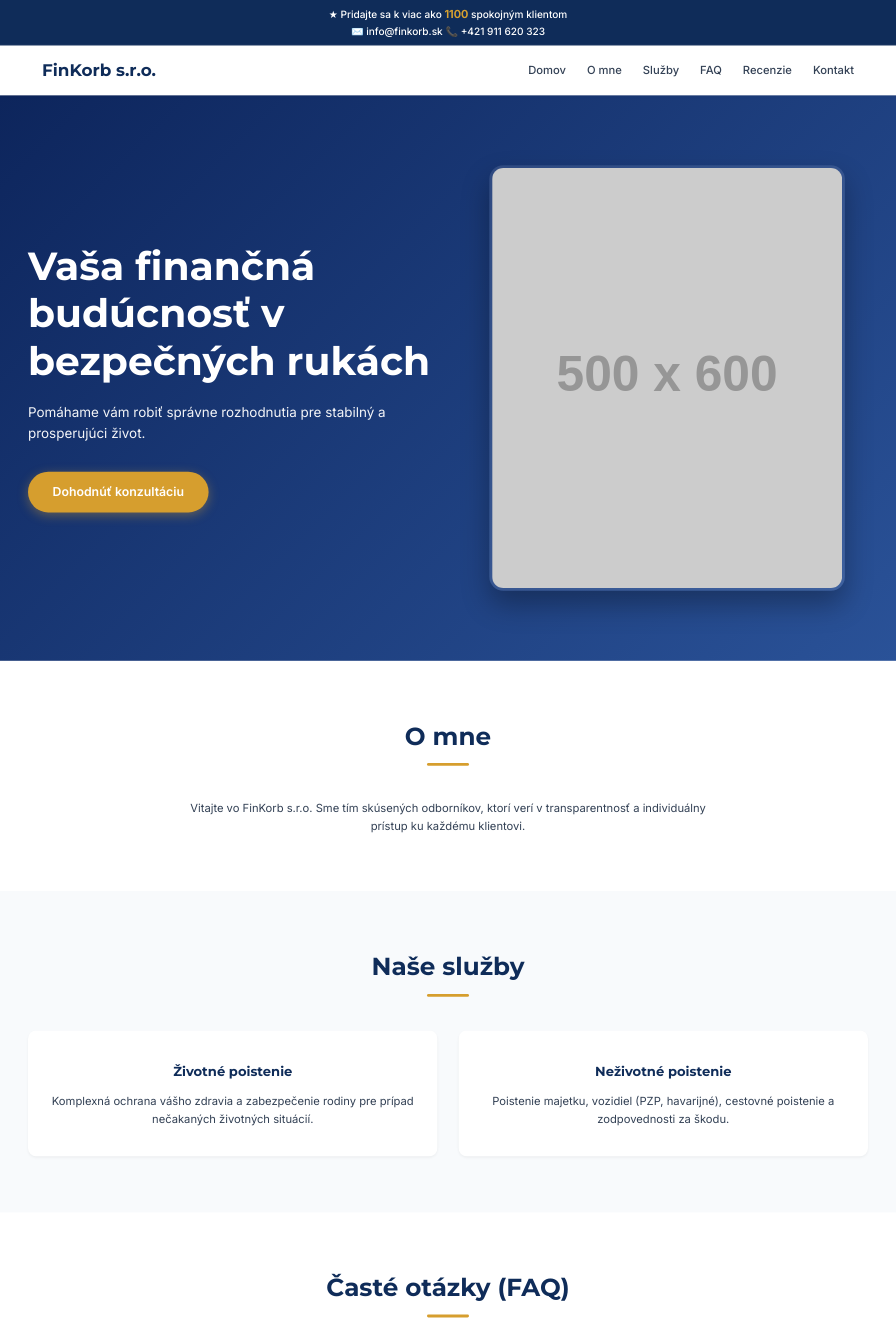
Repository: IvanK03/personal_web
Page: web/index.html
An editor plug-in stored every save of this project. The page is shown before and after the next save, followed by the edit.
The browser window is 1280 px wide. The pictures show the part of the page from y = 0 to 1920 px (the page is 2905 px tall before and 2885 px after), at 70% of full size.

Above is the page before, as saved 2026-02-22 12:19:48.

### web/index.html
<!DOCTYPE html>
<html lang="sk">
<head>
    <meta charset="UTF-8">
    <meta name="viewport" content="width=device-width, initial-scale=1.0">
    <meta name="description" content="FinKorb s.r.o. - Komplexné finančné poradenstvo, poistenie, hypotéky a investovanie.">
    <title>FinKorb s.r.o. - Finančný poradca</title>
    <link rel="stylesheet" href="style.css">
</head>
<body>

    <!-- Hlavička s navigáciou -->
    <header>
        <div class="top-bar">
            <div class="top-bar-left">
                ★ Pridajte sa k viac ako <strong class="pulse-number">1100</strong> spokojným klientom
            </div>
            <div class="top-bar-right">
                <a href="mailto:info@finkorb.sk">✉️ info@finkorb.sk</a>
                <a href="tel:+421911620323" class="phone-btn">📞 +421 911 620 323</a>
            </div>
        </div>
        <div class="container">
            <a href="#" class="logo">FinKorb s.r.o.</a>
            <nav>
                <ul>
                    <li><a href="#hero">Domov</a></li>
                    <li><a href="#o-mne">O mne</a></li>
                    <li><a href="#sluzby">Služby</a></li>
                    <li><a href="#faq">FAQ</a></li>
                    <li><a href="#recenzie">Recenzie</a></li>
                    <li><a href="#kontakt">Kontakt</a></li>
                </ul>
            </nav>
        </div>
    </header>

    <main>
        <!-- Hero sekcia -->
        <section id="hero">
            <div class="hero-content">
                <div class="hero-text">
                    <h1>Vaša finančná budúcnosť v bezpečných rukách</h1>
                    <p>Pomáhame vám robiť správne rozhodnutia pre stabilný a prosperujúci život.</p>
                    <a href="#kontakt" class="btn-primary">Dohodnúť konzultáciu</a>
                </div>
                <div class="hero-image">
                    <!-- Dočasný placeholder obrázok. Neskôr zmeňte src na "images/moja-fotka.png" -->
                    <img src="https://placehold.co/500x600/png?text=Moja+Fotka" alt="Finančný poradca - Ivan Korbini">
                </div>
            </div>
        </section>

        <!-- Sekcia O mne -->
        <section id="o-mne">
            <h2>O mne</h2>
            <p>Vitajte vo FinKorb s.r.o. Sme tím skúsených odborníkov, ktorí verí v transparentnosť a individuálny prístup ku každému klientovi.</p>
        </section>

        <!-- Sekcia Služby -->
        <section id="sluzby">
            <h2>Naše služby</h2>
            <div class="services-grid">
                <article class="service-item">
                    <h3>Životné poistenie</h3>
                    <p>Komplexná ochrana vášho zdravia a zabezpečenie rodiny pre prípad nečakaných životných situácií.</p>
                </article>
                <article class="service-item">
                    <h3>Neživotné poistenie</h3>
                    <p>Poistenie majetku, vozidiel (PZP, havarijné), cestovné poistenie a zodpovednosti za škodu.</p>
                </article>
            </div>
        </section>

        <!-- Sekcia Časté otázky (FAQ) -->
        <section id="faq">
            <h2>Časté otázky (FAQ)</h2>
            <details>
                <summary>Čo robiť v prípade dopravnej nehody?</summary>
                <p>Zachovajte pokoj, zabezpečte miesto nehody a skontrolujte zranenia. Ak je to nutné, volajte záchranné zložky (112). Pri väčšej škode alebo zranení je potrebné privolať políciu. Následne vyplňte správu, v prípade nejasností nás kontaktujte na čísle +421 911 620 323 alebo +421 911 032 103 – pomôžeme vám s nahlásením poistnej udalosti.</p>
            </details>
        </section>

        <!-- Sekcia Recenzie -->
        <section id="recenzie">
            <h2>Čo hovoria naši klienti</h2>
            <div class="reviews-grid">
                <article class="review-item">
                    <div class="stars">★★★★★</div>
                    <p>"Pán Korbini mi veľmi pomohol s nastavením životného poistenia. Profesionálny prístup a všetko mi jasne vysvetlil. Odporúčam!"</p>
                    <h4>– Peter N.</h4>
                </article>
                <article class="review-item">
                    <div class="stars">★★★★★</div>
                    <p>"Rýchle vybavenie poistnej udalosti a skvelá komunikácia. Konečne mám pocit, že sú moje financie v dobrých rukách."</p>
                    <h4>– Jana M.</h4>
                </article>
            </div>
        </section>
    </main>

    <!-- Päta s kontaktom -->
    <footer id="kontakt">
        <div class="footer-content">
            <h3>Kontaktujte nás</h3>
            <p>Email: ivan.korbini@gmail.com</p>
            <p>Telefón: +421 911 620 323 | +421 911 032 103</p>
            <p>Adresa: Sološnícka 566/13, Bratislava</p>
        </div>
        <p class="copyright">&copy; 2026 FinKorb s.r.o. Všetky práva vyhradené.</p>
    </footer>

    <script src="script.js"></script>
</body>
</html>

### web/style.css
/* Import Google Fonts */
@import url('https://fonts.googleapis.com/css2?family=Inter:wght@400;500;600&family=Montserrat:wght@600;700&display=swap');

/* Základné premenné pre konzistentný dizajn */
:root {
    --primary-color: #0f2c59; /* Tmavomodrá - Dôvera */
    --secondary-color: #1a3c70; /* Svetlejšia modrá pre gradienty */
    --accent-color: #d69e2e; /* Zlatá/Oranžová - Call to Action */
    --accent-hover: #b7791f;
    --text-dark: #334155;
    --text-light: #64748b;
    --bg-light: #f8fafc;
    --white: #ffffff;
    --shadow-sm: 0 2px 4px rgba(0, 0, 0, 0.05);
    --shadow-md: 0 4px 6px rgba(0, 0, 0, 0.1);
    --shadow-lg: 0 10px 15px rgba(0, 0, 0, 0.1);
    --transition: all 0.3s ease;
}

/* Reset a základné nastavenia */
* {
    margin: 0;
    padding: 0;
    box-sizing: border-box;
}

html {
    scroll-behavior: smooth;
}

body {
    font-family: 'Inter', sans-serif;
    line-height: 1.6;
    color: var(--text-dark);
    background-color: var(--white);
}

h1, h2, h3 {
    font-family: 'Montserrat', sans-serif;
    color: var(--primary-color);
    margin-bottom: 1rem;
}

h2 {
    font-size: 2.2rem;
    text-align: center;
    margin-bottom: 3rem;
    position: relative;
}

/* Dekoratívna čiara pod nadpismi sekcií */
h2::after {
    content: '';
    display: block;
    width: 60px;
    height: 4px;
    background-color: var(--accent-color);
    margin: 10px auto 0;
    border-radius: 2px;
}

a {
    text-decoration: none;
    color: inherit;
}

ul {
    list-style: none;
}

/* Layout utility */
.container {
    max-width: 1200px;
    margin: 0 auto;
    padding: 0 20px;
}

section {
    padding: 80px 20px;
    max-width: 1200px;
    margin: 0 auto;
}

/* Hlavička a Navigácia */
header {
    background-color: var(--white);
    box-shadow: var(--shadow-sm);
    position: sticky;
    top: 0;
    z-index: 1000;
    padding: 0; /* Padding presunieme na container kvôli top-bar */
}

/* Horná lišta s počtom klientov */
.top-bar {
    background-color: var(--primary-color);
    color: var(--white);
    text-align: center;
    padding: 8px 0;
    font-size: 0.9rem;
    font-weight: 500;
    border-bottom: 1px solid rgba(255, 255, 255, 0.1);
}

.pulse-number {
    color: var(--accent-color);
    font-weight: 800;
    font-size: 1.1em;
    animation: pulse-gold 2s infinite;
}

@keyframes pulse-gold {
    0% { text-shadow: 0 0 0 rgba(214, 158, 46, 0.4); }
    50% { text-shadow: 0 0 10px rgba(214, 158, 46, 0.8); color: #ecc94b; }
    100% { text-shadow: 0 0 0 rgba(214, 158, 46, 0.4); }
}

/* Štýl pre prilepenú hlavičku pri scrollovaní */
header.scrolled {
    background-color: rgba(255, 255, 255, 0.95); /* Jemne priehľadná biela */
    backdrop-filter: blur(5px); /* Rozostrenie pozadia */
    box-shadow: var(--shadow-md);
    transition: all 0.3s ease;
}

header .container {
    display: flex;
    justify-content: space-between;
    align-items: center;
    padding-top: 1rem;
    padding-bottom: 1rem;
    transition: var(--transition);
}

header.scrolled .container {
    padding-top: 0.5rem;
    padding-bottom: 0.5rem;
}

.logo {
    font-family: 'Montserrat', sans-serif;
    font-size: 1.5rem;
    font-weight: 700;
    color: var(--primary-color);
}

nav ul {
    display: flex;
    gap: 30px;
}

nav a {
    font-weight: 500;
    color: var(--text-dark);
    transition: var(--transition);
}

nav a:hover {
    color: var(--accent-color);
}

/* Hero Sekcia */
#hero {
    background: linear-gradient(135deg, #0d255c, #2a5298); /* Nový hlbší gradient */
    color: var(--white);
    padding: 100px 20px;
    max-width: 100%; /* Hero roztiahneme na celú šírku */
    overflow: hidden;
}

.hero-content {
    max-width: 1200px;
    margin: 0 auto;
    display: flex;
    align-items: center;
    justify-content: space-between;
    gap: 50px;
    text-align: left;
}

.hero-text {
    flex: 1;
}

.hero-image {
    flex: 1;
    display: flex;
    justify-content: center;
}

.hero-image img {
    max-width: 100%;
    height: auto;
    border-radius: 20px;
    box-shadow: 0 20px 40px rgba(0, 0, 0, 0.3);
    border: 4px solid rgba(255, 255, 255, 0.1);
    object-fit: cover;
}

#hero h1 {
    color: var(--white);
    font-size: 3.5rem;
    margin-bottom: 1.5rem;
    line-height: 1.2;
}

#hero p {
    font-size: 1.2rem;
    margin-bottom: 2.5rem;
    opacity: 0.95;
    max-width: 600px;
}

/* Tlačidlá */
.btn-primary {
    display: inline-block;
    background-color: var(--accent-color);
    color: var(--white);
    padding: 15px 35px;
    border-radius: 50px;
    font-weight: 600;
    font-size: 1.1rem;
    transition: var(--transition);
    box-shadow: 0 4px 15px rgba(214, 158, 46, 0.4);
}

.btn-primary:hover {
    background-color: var(--accent-hover);
    transform: translateY(-3px);
    box-shadow: 0 6px 20px rgba(214, 158, 46, 0.6);
}

/* Sekcia O mne */
#o-mne {
    text-align: center;
    max-width: 800px;
}

/* Sekcia Služby - Grid */
#sluzby {
    background-color: var(--bg-light);
    max-width: 100%; /* Pozadie na celú šírku */
}

.services-grid {
    display: grid;
    grid-template-columns: repeat(auto-fit, minmax(300px, 1fr));
    gap: 30px;
    max-width: 1200px;
    margin: 0 auto;
}

.service-item {
    background: var(--white);
    padding: 40px 30px;
    border-radius: 12px;
    box-shadow: var(--shadow-sm);
    transition: var(--transition);
    text-align: center;
    border-top: 4px solid transparent;
}

.service-item:hover {
    transform: translateY(-10px);
    box-shadow: var(--shadow-lg);
    border-top: 4px solid var(--accent-color);
}

.service-item h3 {
    margin-bottom: 15px;
}

/* FAQ Sekcia */
details {
    background-color: var(--white);
    margin-bottom: 15px;
    border-radius: 8px;
    box-shadow: var(--shadow-sm);
    overflow: hidden;
    border: 1px solid #e2e8f0;
}

summary {
    padding: 20px;
    cursor: pointer;
    font-weight: 600;
    color: var(--primary-color);
    list-style: none; /* Skryje defaultnú šípku */
    position: relative;
    display: flex;
    justify-content: space-between;
    align-items: center;
}

summary::-webkit-details-marker {
    display: none;
}

summary::after {
    content: '+';
    font-size: 1.5rem;
    color: var(--accent-color);
    font-weight: bold;
}

details[open] summary::after {
    content: '-';
}

details p {
    padding: 0 20px 20px 20px;
    color: var(--text-light);
    border-top: 1px solid #f1f5f9;
    margin-top: 0;
    padding-top: 15px;
    /* Animácia pre plynulé zobrazenie textu */
    animation: fadeIn 0.4s ease-out;
}

@keyframes fadeIn {
    from {
        opacity: 0;
        transform: translateY(-10px);
    }
    to {
        opacity: 1;
        transform: translateY(0);
    }
}

/* Recenzie Sekcia */
#recenzie {
    background-color: var(--bg-light);
    max-width: 100%;
}

.reviews-grid {
    display: grid;
    grid-template-columns: repeat(auto-fit, minmax(300px, 1fr));
    gap: 30px;
    max-width: 1200px;
    margin: 0 auto;
}

.review-item {
    background: var(--white);
    padding: 30px;
    border-radius: 12px;
    box-shadow: var(--shadow-sm);
    text-align: center;
}

.stars {
    color: var(--accent-color);
    font-size: 1.5rem;
    margin-bottom: 15px;
}

.review-item h4 {
    margin-top: 20px;
    color: var(--primary-color);
}

/* Päta */
footer {
    background-color: var(--primary-color);
    color: var(--white);
    text-align: center;
    padding: 60px 20px 20px;
}

.footer-content h3 {
    color: var(--accent-color);
    margin-bottom: 20px;
}

.footer-content p {
    margin-bottom: 10px;
    opacity: 0.8;
}

.copyright {
    margin-top: 40px;
    padding-top: 20px;
    border-top: 1px solid rgba(255, 255, 255, 0.1);
    font-size: 0.9rem;
    opacity: 0.6;
}

/* Responzivita pre mobily */
@media (max-width: 768px) {
    header .container {
        flex-direction: column;
        gap: 15px;
    }

    nav ul {
        flex-wrap: wrap;
        justify-content: center;
        gap: 15px;
    }

    #hero h1 {
        font-size: 2.2rem;
    }

    .hero-content {
        flex-direction: column;
        text-align: center;
        gap: 40px;
    }

    #hero p {
        margin-left: auto;
        margin-right: auto;
    }

    section {
        padding: 60px 20px;
    }
}

### web/script.js
document.addEventListener('DOMContentLoaded', () => {

    // --- 1. Sticky Header (Prilepenie hlavičky) ---
    const header = document.querySelector('header');

    window.addEventListener('scroll', () => {
        // Ak sme odscrollovali viac ako 50px, pridáme triedu 'scrolled'
        if (window.scrollY > 50) {
            header.classList.add('scrolled');
        } else {
            header.classList.remove('scrolled');
        }
    });

    // --- 2. Interaktívne FAQ (Akordeón) ---
    const detailsElements = document.querySelectorAll('details');

    detailsElements.forEach(detail => {
        detail.addEventListener('click', (e) => {
            // Zistíme, či sa kliklo na <summary> (hlavičku otázky)
            if (e.target.tagName.toLowerCase() === 'summary') {
                // Ak sa práve otvára (ešte nie je 'open'), zatvoríme ostatné
                if (!detail.hasAttribute('open')) {
                    detailsElements.forEach(otherDetail => {
                        if (otherDetail !== detail) {
                            otherDetail.removeAttribute('open');
                        }
                    });
                }
            }
        });
    });
});

After the next save:
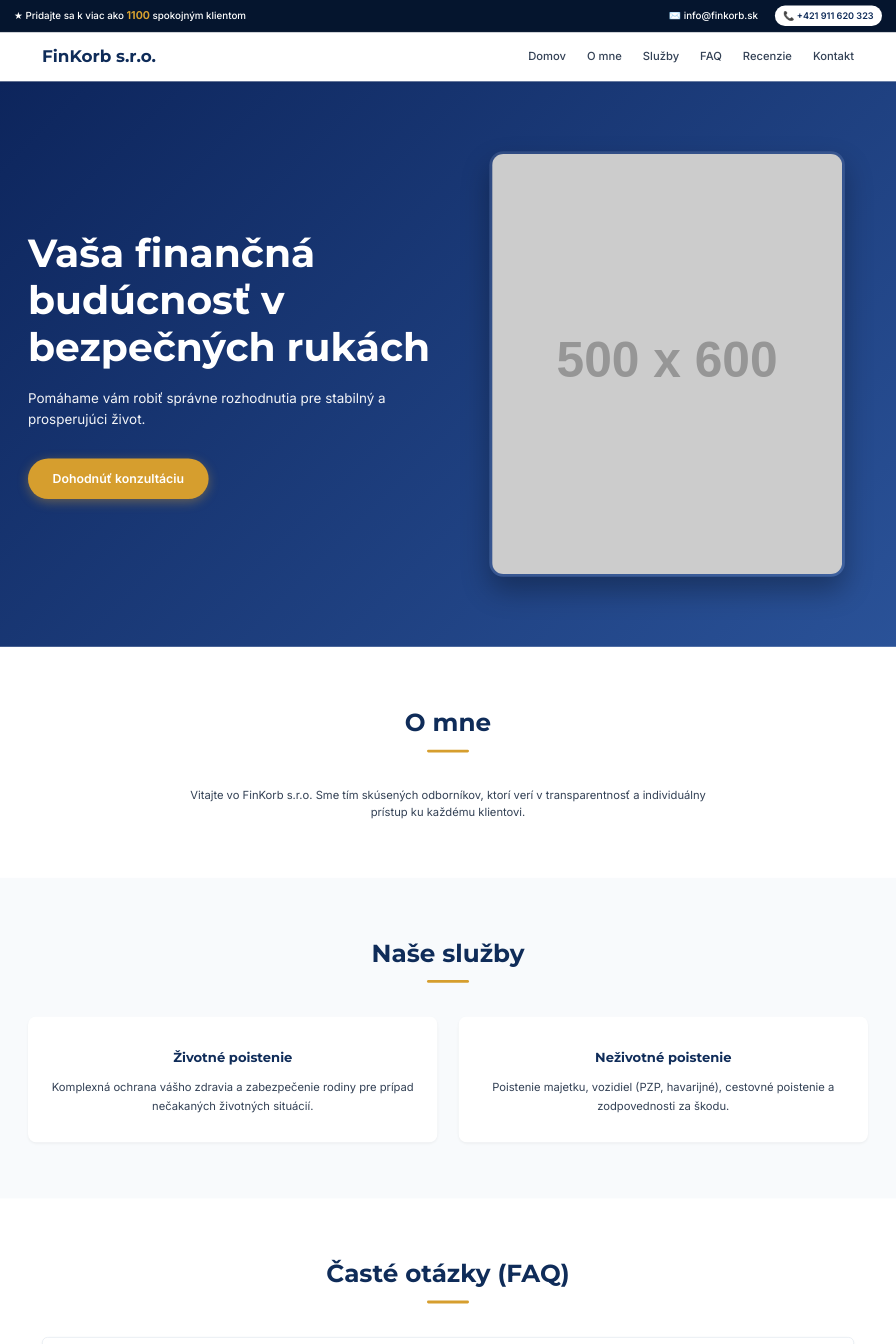
Saved 1 s later.
--- a/web/style.css
+++ b/web/style.css
@@ -93,13 +93,37 @@
 
 /* Horná lišta s počtom klientov */
 .top-bar {
-    background-color: var(--primary-color);
-    color: var(--white);
-    text-align: center;
-    padding: 8px 0;
-    font-size: 0.9rem;
+    background-color: #05152e; /* Veľmi tmavá modrá, takmer čierna */
+    color: var(--white);
+    padding: 8px 20px;
+    font-size: 14px;
     font-weight: 500;
-    border-bottom: 1px solid rgba(255, 255, 255, 0.1);
+    display: flex;
+    justify-content: space-between;
+    align-items: center;
+    border-bottom: 1px solid rgba(255, 255, 255, 0.05);
+}
+
+.top-bar-right a {
+    color: var(--white);
+    text-decoration: none;
+    margin-left: 20px;
+    transition: var(--transition);
+}
+
+.top-bar-right a:hover {
+    color: var(--accent-color);
+}
+
+/* Štýl pre telefónne tlačidlo v hornej lište */
+.phone-btn {
+    background-color: var(--white);
+    color: var(--primary-color) !important; /* Prepíšeme farbu odkazu */
+    padding: 4px 12px;
+    border-radius: 15px;
+    font-weight: 600;
+    font-size: 13px;
+    display: inline-block;
 }
 
 .pulse-number {
@@ -113,6 +137,11 @@
     0% { text-shadow: 0 0 0 rgba(214, 158, 46, 0.4); }
     50% { text-shadow: 0 0 10px rgba(214, 158, 46, 0.8); color: #ecc94b; }
     100% { text-shadow: 0 0 0 rgba(214, 158, 46, 0.4); }
+}
+
+.phone-btn:hover {
+    background-color: #e2e8f0;
+    transform: translateY(-1px);
 }
 
 /* Štýl pre prilepenú hlavičku pri scrollovaní */
